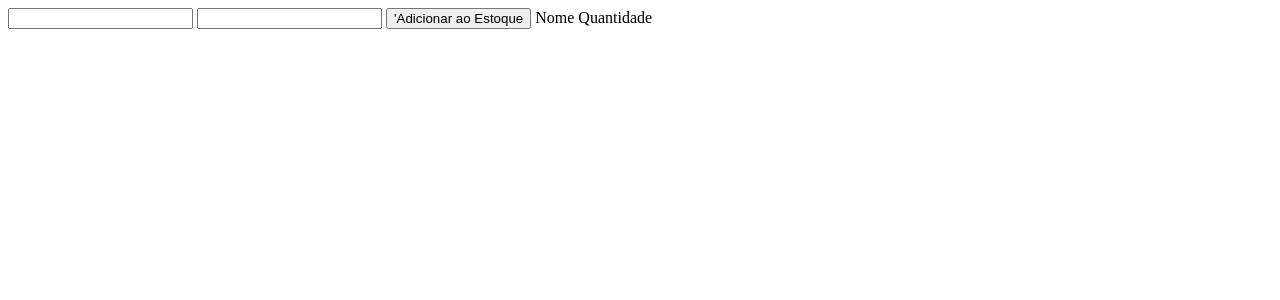
Repository: RenanBDaboit/AtividadeLocalStorage2
Page: .vscode/Módulo7/Q03/index.html
These files come from the project's save history. The page is drawn as it stood at one moment and after a run of saves; the edit follows.
The browser window is 1280 px wide. The pictures show the whole page.

Above is the page before, as saved 2026-10-22 16:19:42.

After the next 5 saves:
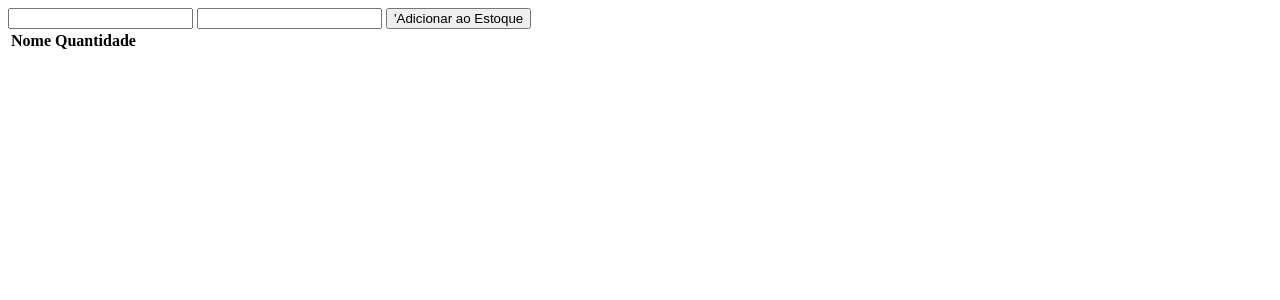
The 5 saves are shown as one change because they came seconds apart.
The last was saved 51 s later.
--- a/.vscode/Módulo7/Q03/index.html
+++ b/.vscode/Módulo7/Q03/index.html
@@ -10,10 +10,13 @@
     <input id='qtdInsumo' type="number">
     <button id="btnForm">'Adicionar ao Estoque</button>
 
-    <tbody id='tabelaEstoque'>
+    <table>
+
+        <tbody id='tabelaEstoque'>
         <th>Nome</th>
         <th>Quantidade</th>
     </tbody>
+    </table>
 
     <script src="app.js"></script>
 </body>
